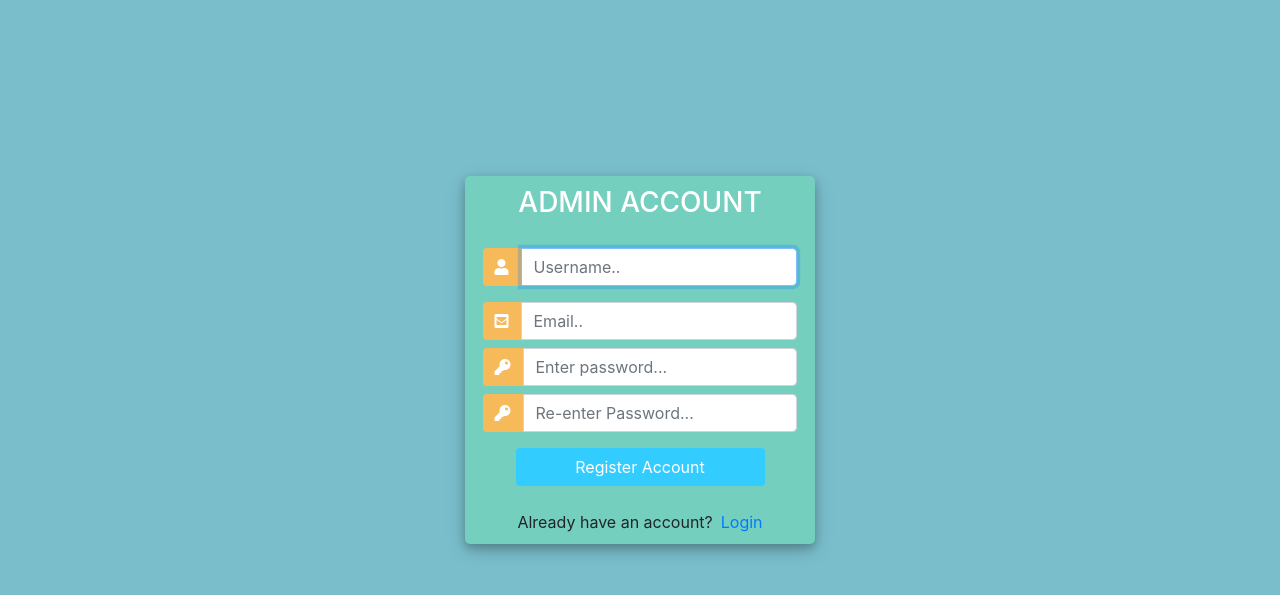
Repository: Abdaljawad-Aya/login-register-auth-validation-Django
Page: http://localhost/register/
These files come from the project's save history. The page is drawn as it stood at one moment and after the next save; the edit follows.
The browser window is 1280 px wide. The pictures show the whole page.
Some web libraries are served in a nearby version. The page is served by the project's application, run on Django 3.2 (project8/manage.py). Other server files are loaded and not shown.

Above is the page before, as saved 2021-03-11 22:18:38.

### project8/project8/templates/register.html
<!DOCTYPE html>
<html>

<head>
	<title>Login</title>
	<link rel="stylesheet" href="https://stackpath.bootstrapcdn.com/bootstrap/4.1.3/css/bootstrap.min.css" integrity="sha384-MCw98/SFnGE8fJT3GXwEOngsV7Zt27NXFoaoApmYm81iuXoPkFOJwJ8ERdknLPMO" crossorigin="anonymous">
	<script src="https://ajax.googleapis.com/ajax/libs/jquery/3.3.1/jquery.min.js"></script>
	<link rel="stylesheet" href="https://use.fontawesome.com/releases/v5.6.1/css/all.css" integrity="sha384-gfdkjb5BdAXd+lj+gudLWI+BXq4IuLW5IT+brZEZsLFm++aCMlF1V92rMkPaX4PP" crossorigin="anonymous">

	<style>
		body,
		html {
			margin: 0;
			padding: 0;
			height: 100%;
			background: #7abecc !important;
		}
		.user_card {
			width: 350px;
			margin-top: auto;
			margin-bottom: auto;
			background: #74cfbf;
			position: relative;
			display: flex;
			justify-content: center;
			flex-direction: column;
			padding: 10px;
			box-shadow: 0 4px 8px 0 rgba(0, 0, 0, 0.2), 0 6px 20px 0 rgba(0, 0, 0, 0.19);
			-webkit-box-shadow: 0 4px 8px 0 rgba(0, 0, 0, 0.2), 0 6px 20px 0 rgba(0, 0, 0, 0.19);
			-moz-box-shadow: 0 4px 8px 0 rgba(0, 0, 0, 0.2), 0 6px 20px 0 rgba(0, 0, 0, 0.19);
			border-radius: 5px;

		}

		.form_container {
			margin-top: 20px;
		}

		#form-title{
			color: #fff;
		}
		.login_btn {
			width: 100%;
			background: #33ccff !important;
			color: white !important;
		}
		.login_btn:focus {
			box-shadow: none !important;
			outline: 0px !important;
		}
		.login_container {
			padding: 0 2rem;
		}
		.input-group-text {
			background: #f7ba5b !important;
			color: white !important;
			border: 0 !important;
			border-radius: 0.25rem 0 0 0.25rem !important;
		}
		.input_user,
		.input_pass:focus {
			box-shadow: none !important;
			outline: 0px !important;
		}

	</style>

</head>
<body>
	<div class="container h-100">
		<div class="d-flex justify-content-center h-100">
			<div class="user_card">
				<div class="d-flex justify-content-center">
					<h3 id="form-title">ADMIN ACCOUNT</h3>
				</div>
				<div class="d-flex justify-content-center form_container">

					<form method="POST" action="">
            {% csrf_token %}

						<div class="input-group mb-3">
							<div class="input-group-append">
								<span class="input-group-text"><i class="fas fa-user"></i></span>
							</div>
							{{form.username}}
						</div>
						<div class="input-group mb-2">
							<div class="input-group-append">
								<span class="input-group-text"><i class="fas fa-envelope-square"></i></span>
							</div>
							  {{form.email}}

						</div>
						<div class="input-group mb-2">
							<div class="input-group-append">
								<span class="input-group-text"><i class="fas fa-key"></i></span>
							</div>
							  {{form.password1}}
						</div>
						<div class="input-group mb-2">
							<div class="input-group-append">
								<span class="input-group-text"><i class="fas fa-key"></i></span>
							</div>
							 {{form.password2}}
						</div>

				   		<div class="d-flex justify-content-center mt-3 login_container">
				 			<input class="btn login_btn" type="submit" value="Register Account">
				   		</div>
					</form>
				</div>

				<div class="mt-4">
					<div class="d-flex justify-content-center links">
						Already have an account? <a href="{% url 'login' %}" class="ml-2">Login</a>
					</div>
				</div>
			</div>
		</div>
	</div>
	<script>
						/* Because i didnt set placeholder values in forms.py they will be set here using vanilla Javascript
		//We start indexing at one because CSRF_token is considered and input field
		 */

		//Query All input fields
		var form_fields = document.getElementsByTagName('input')
		form_fields[1].placeholder='Username..';
		form_fields[2].placeholder='Email..';
		form_fields[3].placeholder='Enter password...';
		form_fields[4].placeholder='Re-enter Password...';


		for (var field in form_fields){
			form_fields[field].className += ' form-control'
		}
	</script>
</body>
</html>



{% comment %} <h1>register</h1>


<form method="POST" action>
  {% csrf_token %}
  {{form.username.label}}
  {{form.username}}

  {{form.email.label}}
  {{form.email}}

  {{form.password1.label}}
  {{form.password1}}

  {{form.password2.label}}
  {{form.password2}}
     <input type="submit" name="Create User">
</form> {% endcomment %}

### project8/project8/App/forms.py
from django.forms import ModelForm
from django.contrib.auth.forms import UserCreationForm
from django.contrib.auth.models import User
from django import forms

from .models import Data_Source



class OrderForm(ModelForm):
  class Meta:
          model  = Data_Source
          fields = '__all__'

class CreateUserForm(UserCreationForm):
    class Meta:
          model  = User
          fields = ['username','email','password1','password2']

### project8/project8/App/views.py
from django.shortcuts import render
from django.contrib.auth.forms import UserCreationForm


# Create your views here.
from .models import *
from .forms import OrderForm, CreateUserForm
from .filters import OrderFilters


def registerPage(request):
    form = CreateUserForm()

    if request.method == 'POST':
        form = CreateUserForm(request.POST)
        if form.is_valid():
              form.save()

    context ={'form':form}
    return render(request, '../templates/register.html', context)


def loginPage(request):
    context ={}
    return render(request, '../templates/login.html', context)

def index(request):
    return render(request , "index.html")

### project8/project8/project8/urls.py
"""project8 URL Configuration

The `urlpatterns` list routes URLs to views. For more information please see:
    https://docs.djangoproject.com/en/3.1/topics/http/urls/
Examples:
Function views
    1. Add an import:  from my_app import views
    2. Add a URL to urlpatterns:  path('', views.home, name='home')
Class-based views
    1. Add an import:  from other_app.views import Home
    2. Add a URL to urlpatterns:  path('', Home.as_view(), name='home')
Including another URLconf
    1. Import the include() function: from django.urls import include, path
    2. Add a URL to urlpatterns:  path('blog/', include('blog.urls'))
"""
from django.contrib import admin
from django.urls import path
from App import views

urlpatterns = [
    path('register/', views.registerPage, name="register"),
    path('login/', views.loginPage, name="login"),

    path('admin/', admin.site.urls),
    path('', views.index),
]

After the next save:
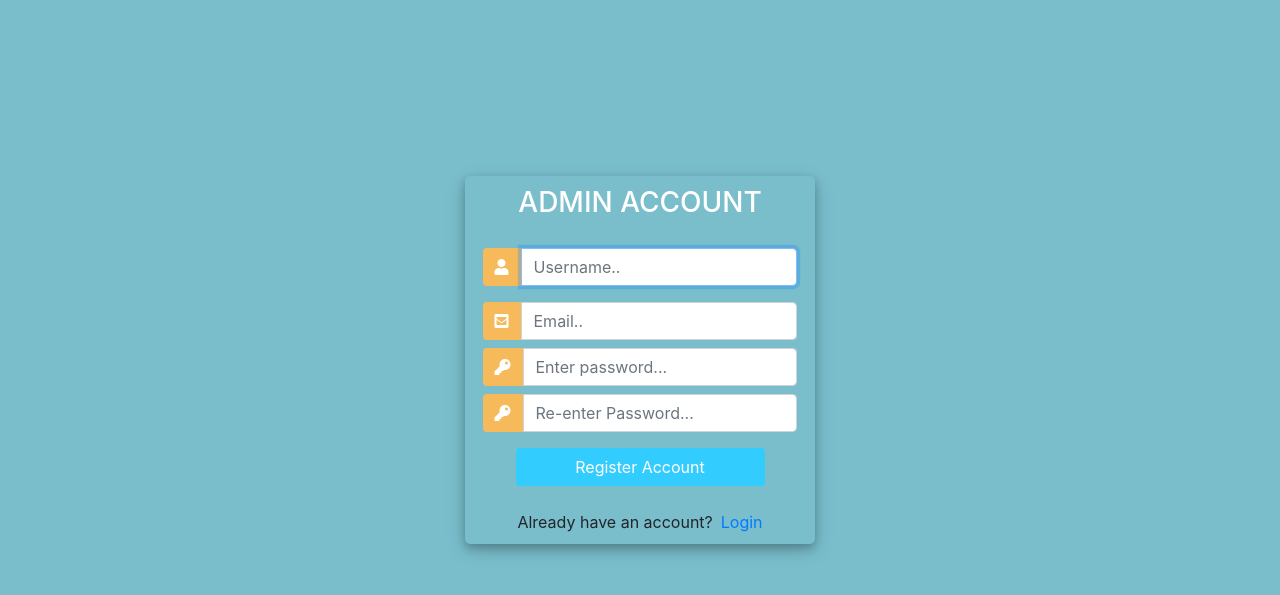
Saved 28 s later.
--- a/project8/project8/templates/register.html
+++ b/project8/project8/templates/register.html
@@ -19,7 +19,7 @@
 			width: 350px;
 			margin-top: auto;
 			margin-bottom: auto;
-			background: #74cfbf;
+			background: #;
 			position: relative;
 			display: flex;
 			justify-content: center;

After the save that followed:
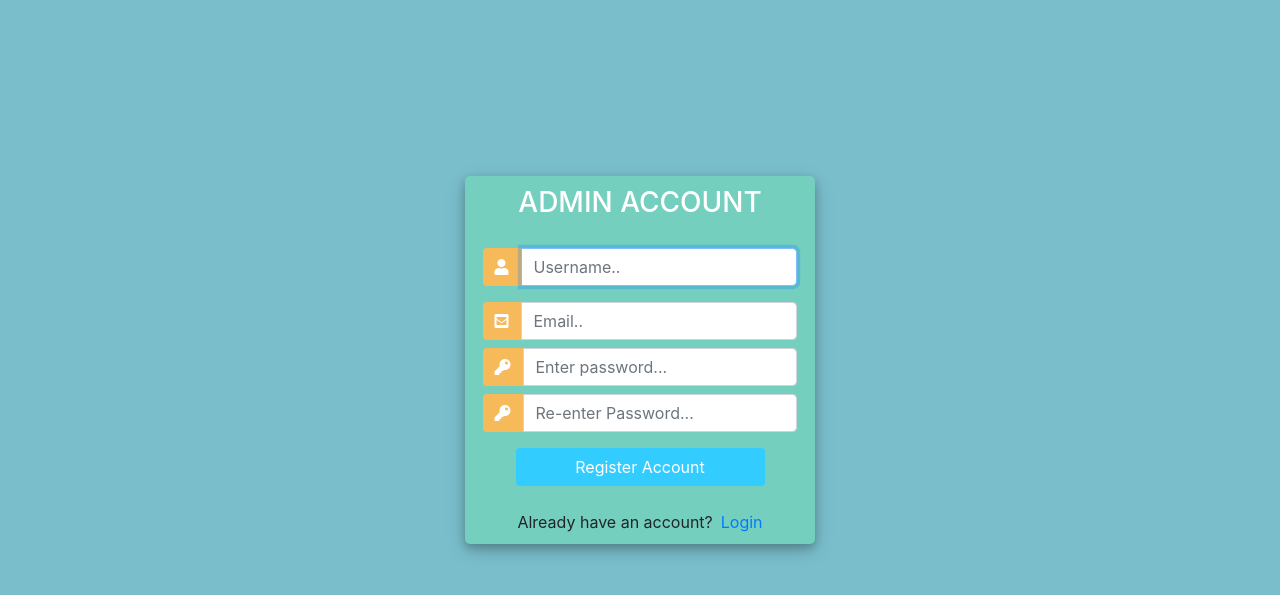
Saved 32 s later.
--- a/project8/project8/templates/register.html
+++ b/project8/project8/templates/register.html
@@ -19,7 +19,7 @@
 			width: 350px;
 			margin-top: auto;
 			margin-bottom: auto;
-			background: #;
+			background: #74cfbf;
 			position: relative;
 			display: flex;
 			justify-content: center;
